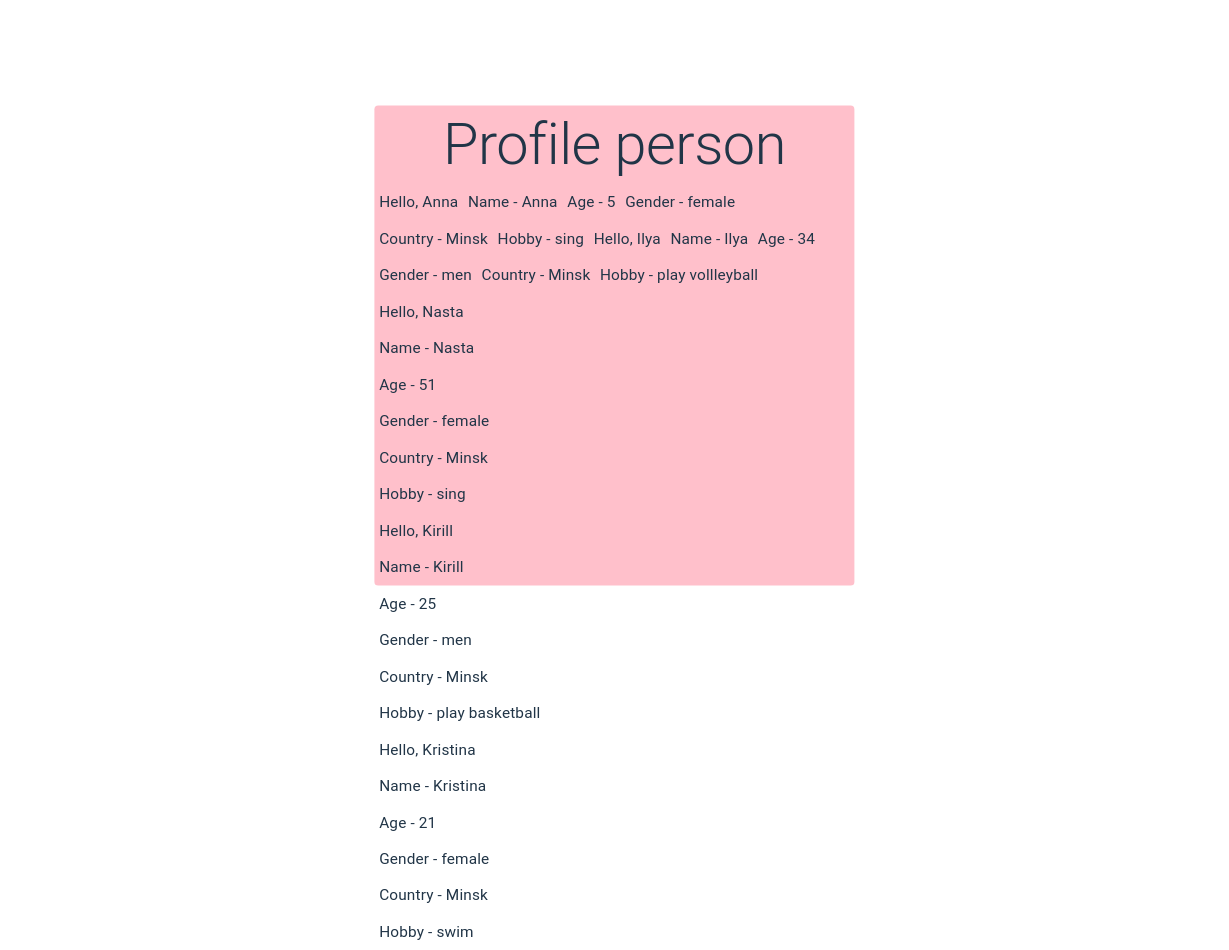
Repository: savannaaaas/props
Page: /
The author's editor kept a copy of each file at every save. The page is drawn from the files as they stood at one save, then again after the next save.
The browser window is 1280 px wide. The pictures show the whole page, at 96% of full size.
The project was rebuilt for these pictures with package versions that can differ from the ones it lists, and the page was loaded fresh each time. Also part of the build but not shown: vite.config.js.

Above is the page before, as saved 2025-07-08 00:14:02.

After the next save:
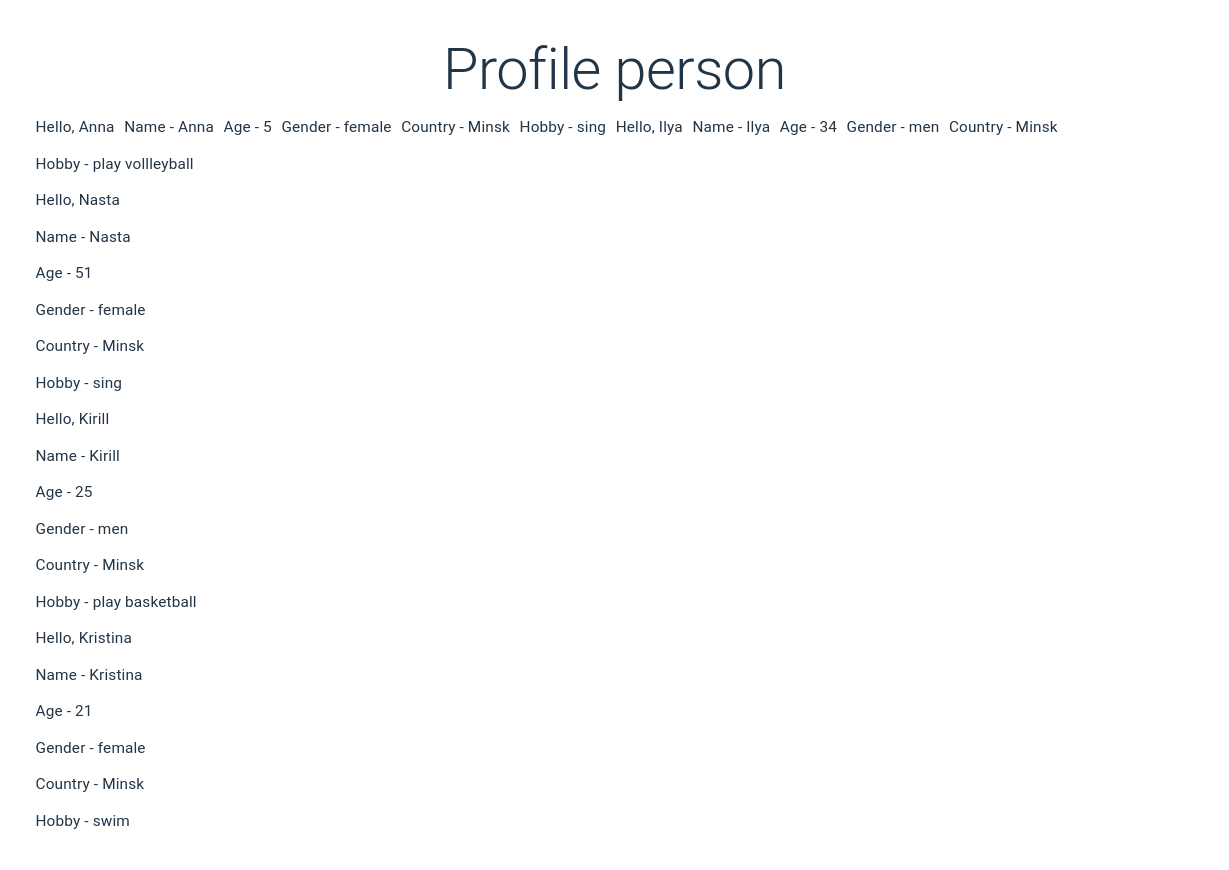
Saved 50 s later.
--- a/src/App.jsx
+++ b/src/App.jsx
@@ -22,63 +22,55 @@ function App() {
   const sayHello = (name) => ` Hello, ${name}`;
   const hobbies = ["swim", "sing", "play vollleyball", "play basketball"];
   return (
-    <Box
-      sx={{
-        width: 500,
-        height: 500,
-        borderRadius: 1,
-        bgcolor: "pink",
-      }}
-    >
+    <>
       <Typography variant="h2" align="center" style={{ padding: "5px" }}>
         Profile person
       </Typography>
-      <Grid container direction="column">
-        <Grid container direction="row">
-          <Person1
-            name={"Anna"}
-            age={5}
-            men={false}
-            obj={obj}
-            sayHello={sayHello}
-            hobbies={hobbies}
-          />
-          <Person2
-            name={"Ilya"}
-            age={34}
-            men={true}
-            obj={obj}
-            sayHello={sayHello}
-            hobbies={hobbies}
-          />
-        </Grid>
 
-        <Person3
-          name={"Nasta"}
-          age={51}
+      <Grid container direction="row">
+        <Person1
+          name={"Anna"}
+          age={5}
           men={false}
           obj={obj}
           sayHello={sayHello}
           hobbies={hobbies}
         />
-        <Person4
-          name={"Kirill"}
-          age={25}
+        <Person2
+          name={"Ilya"}
+          age={34}
           men={true}
           obj={obj}
           sayHello={sayHello}
           hobbies={hobbies}
         />
-        <Person5
-          name={"Kristina"}
-          age={21}
-          men={false}
-          obj={obj}
-          sayHello={sayHello}
-          hobbies={hobbies}
-        />
       </Grid>
-    </Box>
+
+      <Person3
+        name={"Nasta"}
+        age={51}
+        men={false}
+        obj={obj}
+        sayHello={sayHello}
+        hobbies={hobbies}
+      />
+      <Person4
+        name={"Kirill"}
+        age={25}
+        men={true}
+        obj={obj}
+        sayHello={sayHello}
+        hobbies={hobbies}
+      />
+      <Person5
+        name={"Kristina"}
+        age={21}
+        men={false}
+        obj={obj}
+        sayHello={sayHello}
+        hobbies={hobbies}
+      />
+    </>
   );
 }
 
